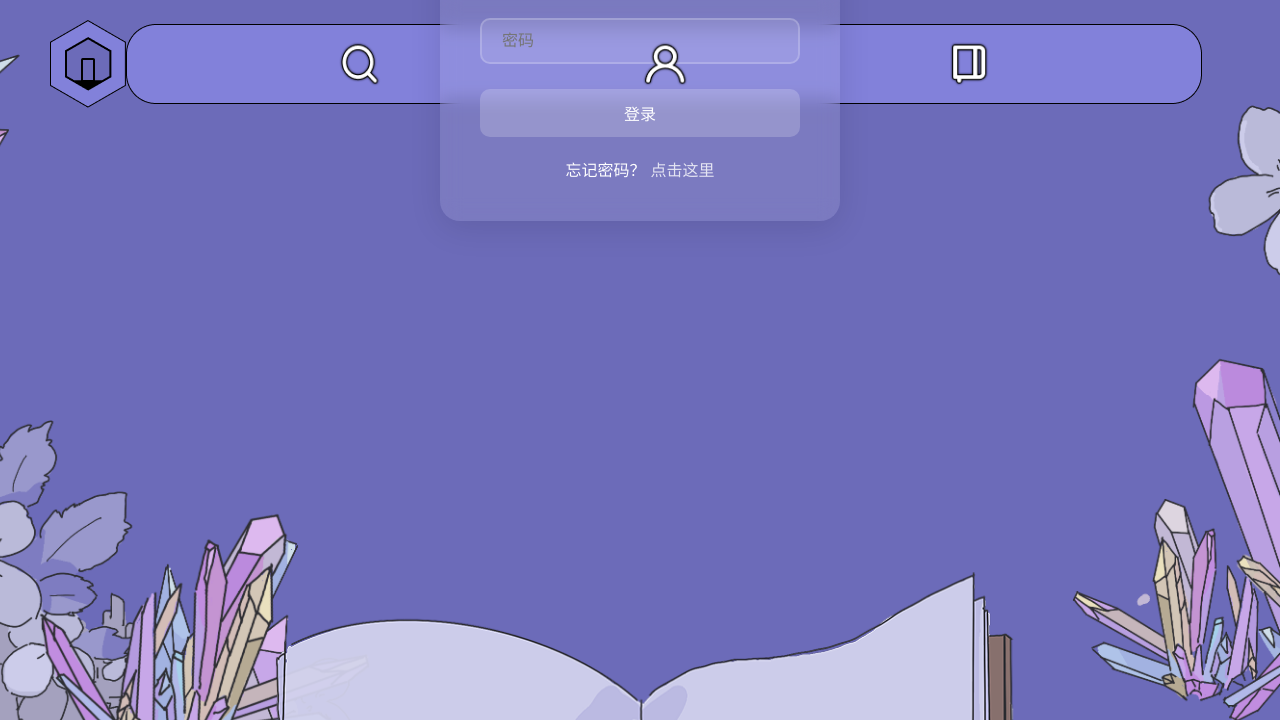
Repository: carolmmc/BabelLibrary
Page: find 登陆页.html
These files come from the project's save history. The page is drawn as it stood at one moment and after the next save; the edit follows.
The browser window is 1280 px wide. The pictures show the whole page.

Above is the page before, as saved 2025-05-08 23:06:02.

After the next save:
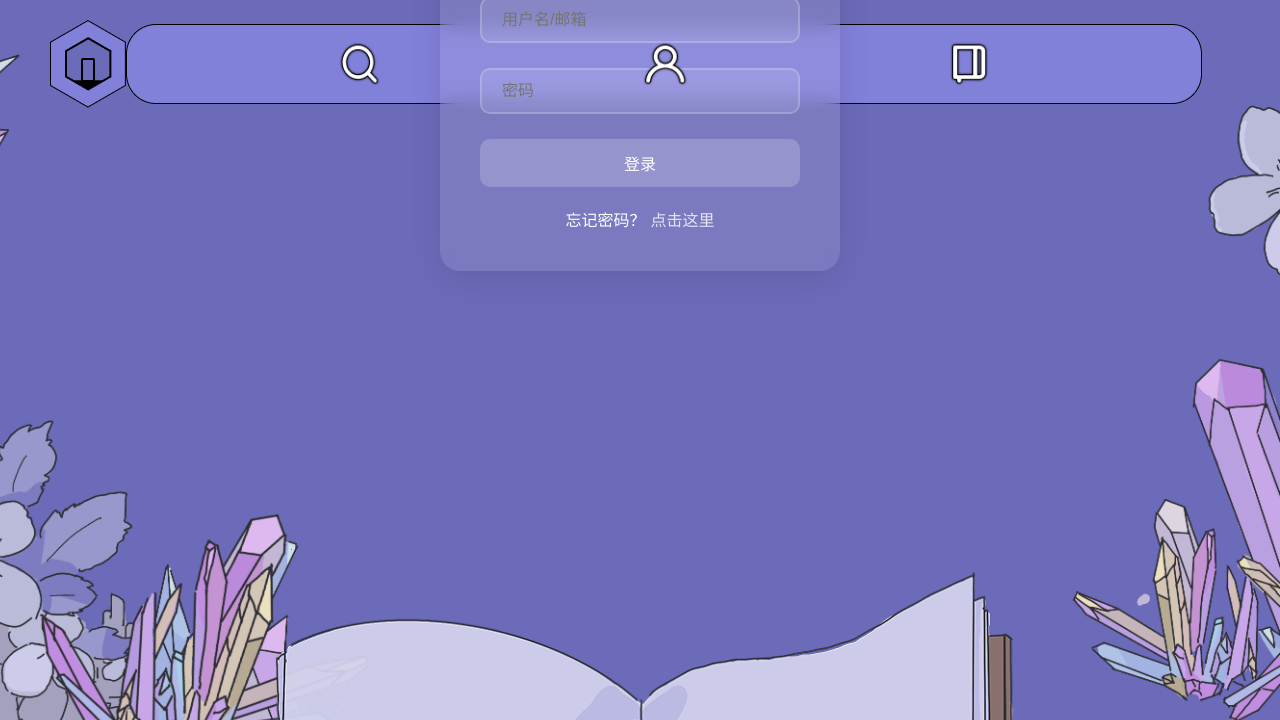
Saved 32 s later.
--- a/find 登陆页.html
+++ b/find 登陆页.html
@@ -146,7 +146,7 @@
             padding: 40px;
             border-radius: 20px;
             box-shadow: 0 8px 32px rgba(0, 0, 0, 0.1);
-            margin-top: -50px; /* 可以通过正负值调整上下位置 */
+            margin-top: 50px; /* 可以通过正负值调整上下位置 */
             width: 400px;
             z-index: 3;
         }
